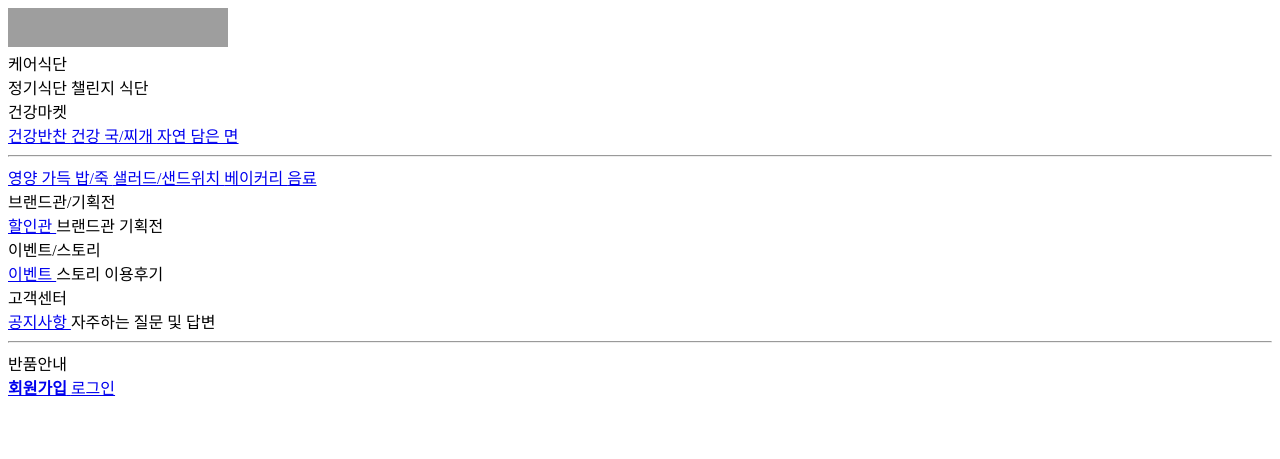
Repository: okgunyang/jsp
Page: http://localhost/practice02/09IncludeFilData.jsp
These files come from the project's save history. The page is drawn as it stood at one moment and after the next save; the edit follows.
The browser window is 1280 px wide. The pictures show the whole page.
Pictures or frames that could not be fetched are drawn as grey boxes. The page is served by Tomcat 9. The template is opened directly, without the code that normally fills it, so the values that code supplies are empty.

Above is the page before, as saved 2022-11-10 07:58:42.

After the next save:
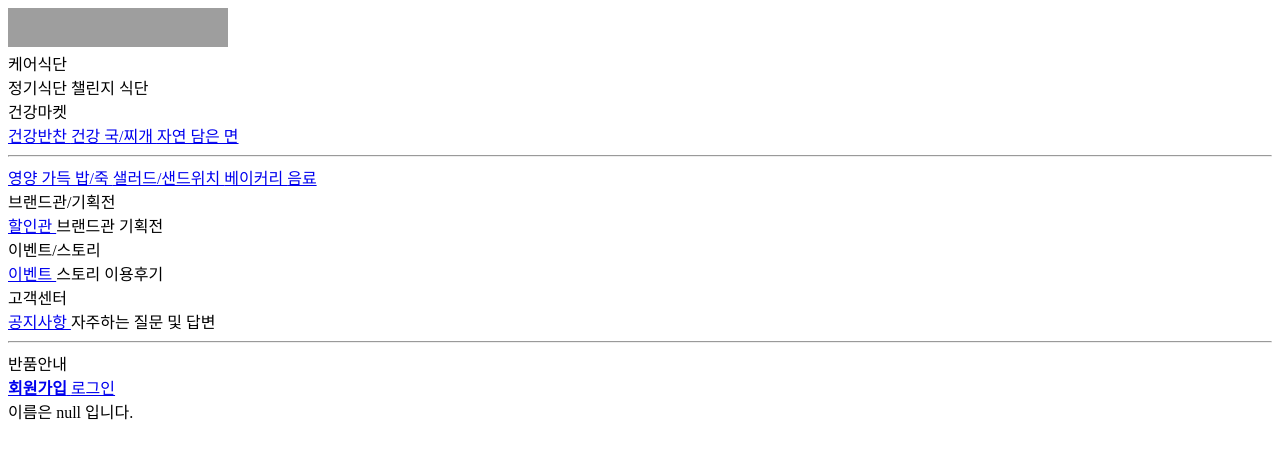
Saved 65 s later.
--- a/practice02/WebContent/09IncludeFilData.jsp
+++ b/practice02/WebContent/09IncludeFilData.jsp
@@ -12,6 +12,6 @@
 </head>
 <body>
 <jsp:include page="<%=pageName1 %>" flush="false" />
-
+<jsp:include page="09include.jsp" flush="false"/>
 </body>
 </html>
